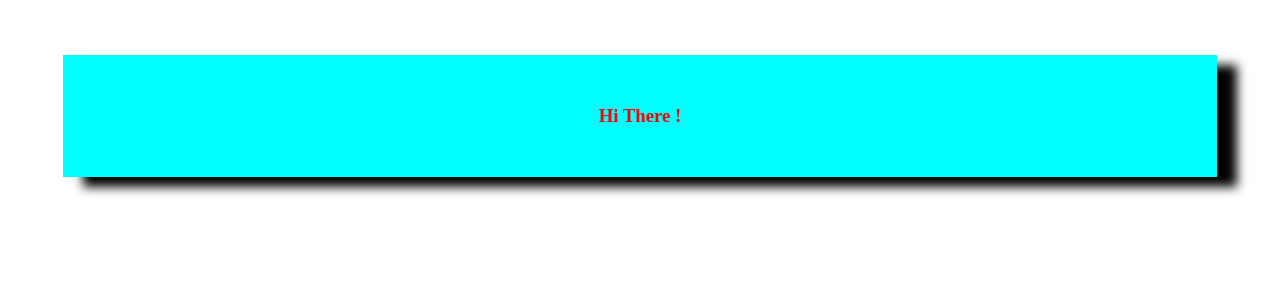
Repository: VISHALGUPTA100803/Harkirat_MERN
Page: zerodha_landing_page week0(html+css)/index2.html
The author's editor kept a copy of each file at every save. The page is drawn from the files as they stood at one save, then again after a run of saves.
The browser window is 1280 px wide. The pictures show the whole page.

Above is the page before, as saved 2023-12-16 14:03:55.

After the next 3 saves:
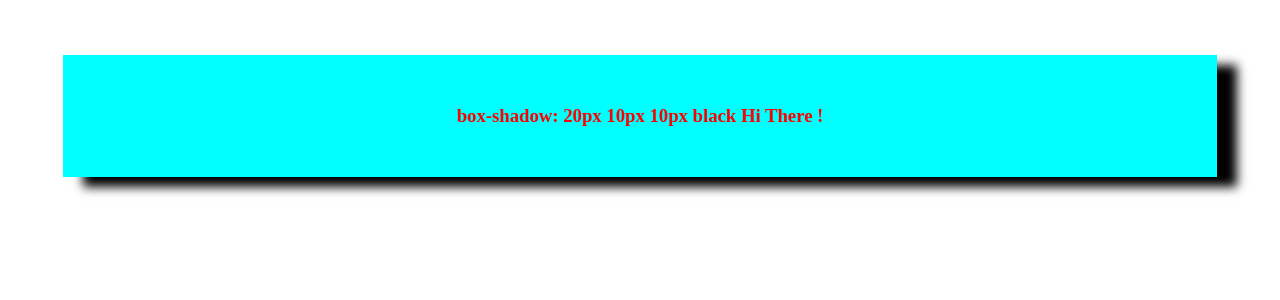
The 3 saves are shown as one change because they came seconds apart.
The last was saved 9 s later.
--- a/zerodha_landing_page week0(html+css)/index2.html
+++ b/zerodha_landing_page week0(html+css)/index2.html
@@ -2,6 +2,7 @@
     <h3 style="color: red; background-color: aqua;
     box-shadow: 20px 10px 10px black
     ; margin: 55px; padding: 50px;">
+    box-shadow: 20px 10px 10px black
    Hi There !
     </h3>
  </center>
